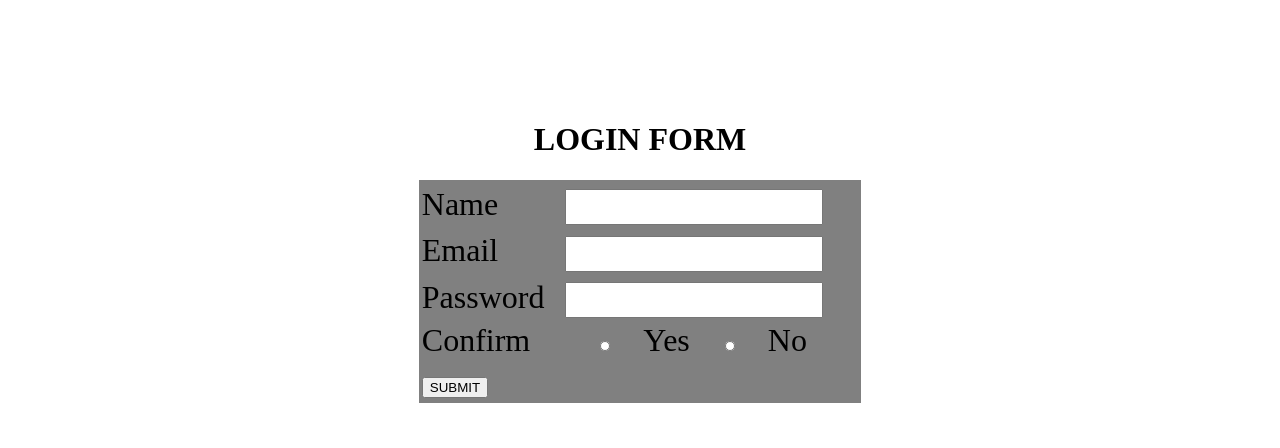
Repository: obusakthi539/Loginform
Page: Login.html
These files come from the project's save history. The page is drawn as it stood at one moment and after a run of saves; the edit follows.
The browser window is 1280 px wide. The pictures show the whole page.

Above is the page before, as saved 2025-01-10 18:25:08.

### Login.html
<!DOCTYPE html>
<html lang="en">
<head>
    <meta charset="UTF-8">
    <meta name="viewport" content="width=device-width, initial-scale=1.0">
    <title>Document</title>
    <style>
        body{
             display: flex;
             flex-direction:column;
             align-items: center;
             justify-content: center;
             margin-top: 100px;
        }
        .a{
            background-color:gray;
            font-size: xx-large;
            width: 35%;
            display: flex;
           flex-direction: column;

        }
        .a input{
            width: 250px;
            height: 30px;
        }
        #i{
            width: 70px;
            height: 10px;
        }
        table td{
            font-size: xx-large;
        }
    </style>
</head>
<body>

    <h1>LOGIN FORM</h1>
    <div class="a">
        <form action=""></form>
        <table>
            <tr>
                <td><label for="">Name</label></td>
                <td><input type="text"></td>
            </tr>
            <tr>
                <td><label for="">Email</label></td>
                <td><input type="email"></td>
            </tr>
            <tr>
                <td> <label for="">Password</label></td>
                <td><input type="password"></td>
            </tr>
            <tr>
                <td> <label for="">Confirm</label></td>
                <td radio><input type="radio" name="a" id="i">Yes<input type="radio" name="a" id="i">No</td>
            </tr>
            <tr>
                <td><button>SUBMIT</button></td>
            </tr>
        </table>
    </div>
</body>
</html>

After the next 3 saves:
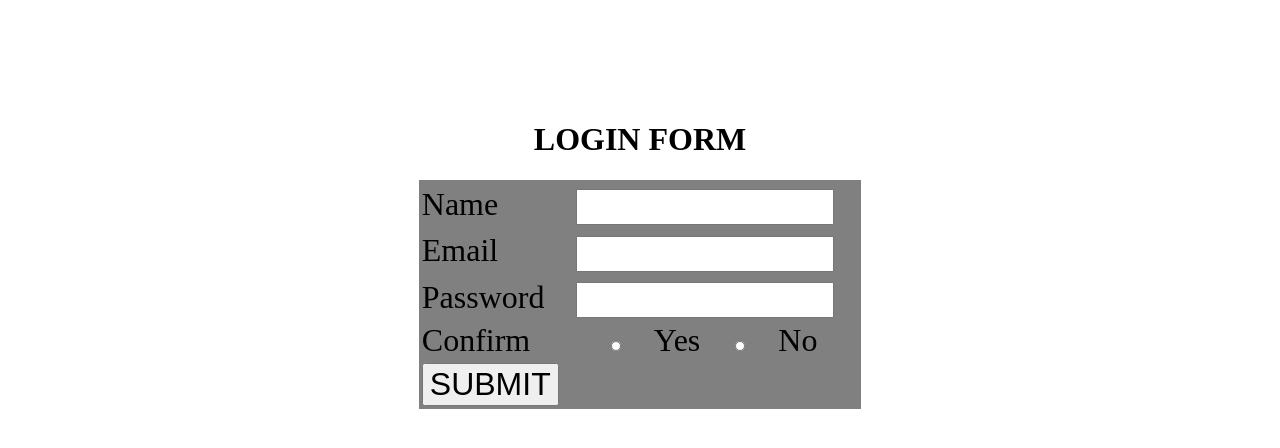
The 3 saves are shown as one change because they came seconds apart.
The last was saved 38 s later.
--- a/Login.html
+++ b/Login.html
@@ -28,7 +28,7 @@
             width: 70px;
             height: 10px;
         }
-        table td{
+        button{
             font-size: xx-large;
         }
     </style>
